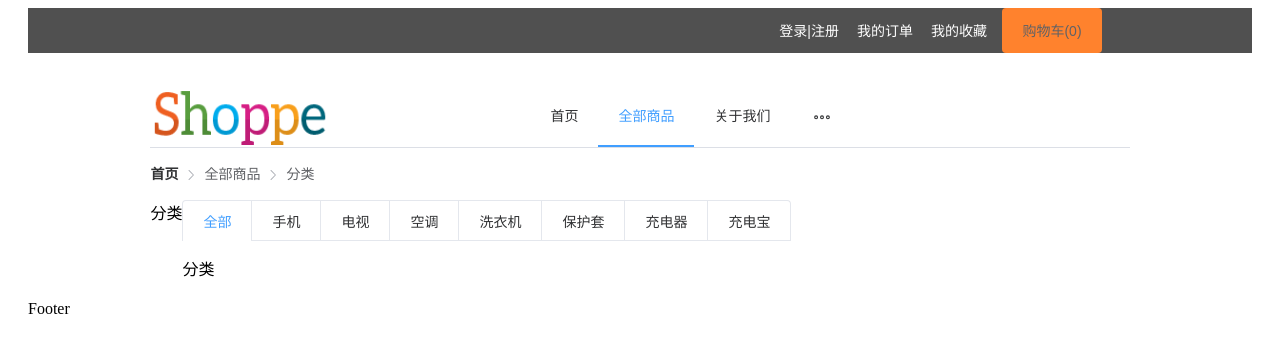
Repository: zhenghaochang/---
Page: /#/allGoods (app in xiaomi/)
The author's editor kept a copy of each file at every save. The page is drawn from the files as they stood at one save, then again after the next save.
The browser window is 1280 px wide. The pictures show the whole page.
The project was rebuilt for these pictures with package versions that can differ from the ones it lists, and the page was loaded fresh each time. Also part of the build but not shown: xiaomi/vite.config.js.

Above is the page before, as saved 2025-08-01 15:19:47.

### xiaomi/src/main.js
import { createApp } from 'vue';
import ElementPlus from 'element-plus';
import 'element-plus/dist/index.css';
import router from './router/router';
import App from './App.vue';
import * as ElementPlusIconsVue from '@element-plus/icons-vue';
import { createPinia } from 'pinia';
import piniaPluginPersistedstate from 'pinia-plugin-persistedstate'
const app = createApp(App);
const pinia = createPinia();
pinia.use(piniaPluginPersistedstate)
app.use(pinia);
for (const [key, component] of Object.entries(ElementPlusIconsVue)) {
    app.component(key, component);
}
app.use(router);
app.use(ElementPlus);
app.mount('#app');

### xiaomi/src/router/router.js
import {createRouter,createWebHashHistory} from 'vue-router'

let router = createRouter({
    history:createWebHashHistory(),
    routes:[
        {
            path:"/",
            component:()=>import('../components/main.vue'),
            redirect:"/home",
            children:[
                {
                    path:"/home",
                    component:() => import('../view/home.vue')
                },
                {
                    path:"/allGoods",
                    component:() => import('../view/allGoods.vue')
                }
            ]
        }
    ]
})

export default router

### xiaomi/src/App.vue
<script setup>
import Menu from '../src/components/menu.vue'


</script>

<template>
    <div>
        <el-container>
            <el-header class="header"><Menu></Menu></el-header>
            <el-main class="main"><router-view></router-view></el-main>
            <el-footer>Footer</el-footer>
        </el-container>
    </div>
</template>

<style scoped>
.header{
/*     background-color: blue; */
    width:100%
}
/* .main{
    background-color: blue;
    width: 100%;
    display:flex;
    flex-direction: column;
    justify-content: center;
} */
</style>

### xiaomi/src/components/main.vue
<script setup>
import logo from '../assets/img/logo.png'
import { Search } from '@element-plus/icons-vue'
import {useRoute,useRouter} from 'vue-router'

const router = useRouter()
const route = useRoute()

</script>

<template>
    <div class="base_div">
        <!-- 菜单div -->
        <div style="width:80%;margin-bottom:20px">
            <el-menu
                :default-active="route.path"
                class="menu"
                mode="horizontal"
                @select="handleSelect"
                router
            >
                <div>
                    <img style="width:180px;height:60px;margin-right:200px" :src="logo" alt="">
                </div>
                <el-menu-item index="/home">首页</el-menu-item>
                <el-menu-item index="/allGoods">全部商品</el-menu-item>
                <el-menu-item index="/aboutUs">关于我们</el-menu-item>
                <div>
                    <el-input
                        v-model="input3"
                        style="margin-left:200px;width:250px"
                        placeholder="请输入商品名称"
                        class="input-with-select"
                    >
                        <template #append>
                            <el-button :icon="Search" />
                        </template>
                    </el-input>
                </div>
            </el-menu>
        </div>
        <!-- 菜单div END -->
        <!-- 主体div -->
        <div style="width:100%">
            <router-view></router-view>
        </div>
    </div>
</template>

<style scoped>
.base_div{
    width: 100%;
    display:flex;
    flex-direction: column;
    align-items:center;
}
.menu{
    display:flex;
    align-items: center;
}
</style>

### xiaomi/src/view/allGoods.vue
<script setup>
import { ArrowRight } from '@element-plus/icons-vue'
import {ref} from 'vue'


const activeName = ref('0')

</script>

<template>
    <div class="base_div">
        <!-- 面包屑 -->
        <div style="width:80%">
            <el-breadcrumb :separator-icon="ArrowRight">
                <el-breadcrumb-item :to="{ path: '/home' }">首页</el-breadcrumb-item>
                <el-breadcrumb-item>全部商品</el-breadcrumb-item>
                <el-breadcrumb-item>分类</el-breadcrumb-item>
            </el-breadcrumb>
        </div>
        <!-- 面包屑END -->
        <br>
        <!-- 分类标签 -->
        <div style="width:80%;display:flex;">
            分类
            <el-tabs
                v-model="activeName"
                type="card"
                class="demo-tabs"
                @tab-click="handleClick"
            >
                分类
                <el-tab-pane label="全部" name="0"></el-tab-pane>
                <el-tab-pane label="手机" name="1"></el-tab-pane>
                <el-tab-pane label="电视" name="2"></el-tab-pane>
                <el-tab-pane label="空调" name="3"></el-tab-pane>
                <el-tab-pane label="洗衣机" name="4"></el-tab-pane>
                <el-tab-pane label="保护套" name="5"></el-tab-pane>
                <el-tab-pane label="充电器" name="6"></el-tab-pane>
                <el-tab-pane label="充电宝" name="7"></el-tab-pane>
            </el-tabs>
        </div>
        <!-- 分类标签END -->
    </div>
</template>

<style scoped>
.base_div{
    width: 100%;
    display: flex;
    justify-content: center;
}
</style>

### xiaomi/src/components/menu.vue
<script setup>
import {ref,reactive} from 'vue'
import request from '../request/index'
import { ElMessage } from 'element-plus'
import {useUserStore} from '../store/index'


const store = useUserStore()


const loginVisible = ref(false)
const registVisible = ref(false)

const loginForm = ref({
    username:'',
    password:''
})

const registForm = ref({
    username:'',
    password:'',
    rePassword:'',
    name:''
})

const user = ref({
    id:0,
    username:'',
    name:'',
    numInCart:0,
    token:''
})

const loginFormRef = ref()
const registFormRef = ref()

const validateUsername = (rule,value,callback)=>{
    if(value.length==0){
      callback(new Error("用户名不能为空"))
    }else{
      callback()
    }
  }

  const validatePassword = (rule,value,callback)=>{
    if(value.length<4){
      callback(new Error("密码小于4位"))
    }else{
      callback()
    }
  }

  const validateRePassword = (rule,value,callback)=>{
    if(value.length<4){
      callback(new Error("密码小于4位"))
    }else{
      if(value != registForm.value.password){
        callback(new Error("密码不一致"))
      }else{
        callback()
      }
    }
  }

  const rules = {
    username:[{required:true,message:'用户名不能为空',validator:validateUsername}],
    password:[{required:true,message:'密码必须大于4位',validator:validatePassword}],
    rePassword:[{required:true,validator:validateRePassword}]
  }


async function login(){
    const valid = await loginFormRef.value.validate
    if(valid){
        let {data} = await request.post("/user/login",loginForm.value)
        if(data.code == 200){
            ElMessage.success('登录成功')
            user.value = data.data
            store.changeInfo(user.value)
            loginVisible.value = false
        }else{
            ElMessage.error(data.msg)
        }
    }
}

async function regist(){
    const valid = await registFormRef.value.validate
    if(valid){
        let {data} = await request.post("/user/regist",registForm.value)
        if(data.code == 200){
            ElMessage.success('注册成功')
            registVisible.value = false
            loginVisible.value = true
        }else{
            ElMessage.error(data.msg)
        }
    }
}

</script>

<template>
    <div class="base_div">
        <el-button color="rgb(80,80,80)" @click="loginVisible = true" v-if="store.id==0" link>登录|注册</el-button>
        <div style="display:flex;align-items:center;margin-right:10px" v-else>
            <el-button color="rgb(80,80,80)" link>欢迎{{store.name}}</el-button>
            <el-button color="rgb(80,80,80)" @click="()=>{store.logout(),ElMessage.success('已退出')}" link>退出登录</el-button>
        </div>
        <el-button color="rgb(80,80,80)" link>我的订单</el-button>
        <el-button color="rgb(80,80,80)" link>我的收藏</el-button>
        <el-button  style="background-color:rgb(255,130, 45);margin-right:150px;width:100px"  link>购物车({{store.numInCart}})</el-button>

        <!-- 登录窗口 -->
        <el-dialog v-model="loginVisible"  title="登录" width="300">
            <el-form :model="loginForm" ref="loginFormRef" :rules="rules">
                <el-form-item label="用户名" prop="username" :label-width="70">
                    <el-input v-model="loginForm.username" autocomplete="off" />
                </el-form-item>
                <el-form-item label="密码" prop="password" :label-width="70">
                    <el-input v-model="loginForm.password" autocomplete="off" type="password" show-password />
                </el-form-item>
            </el-form>
            <template #footer>
                <div style="display:flex;justify-content:space-between;align-items:center">
                    <el-button type="warning" @click="registVisible = true">注册</el-button>
                    <div>
                        <el-button @click="loginVisible = false">取消</el-button>
                        <el-button type="primary" @click="login">
                        登录
                        </el-button>
                    </div>

                </div>
            </template>
        </el-dialog>
        <!-- 登录窗口END -->
        <!-- 注册窗口 -->
        <el-dialog v-model="registVisible"  title="注册" width="350">
            <el-form :model="registForm" ref="registFormRef" :rules="rules">
                <el-form-item label="用户名" prop="username" :label-width="80">
                    <el-input v-model="registForm.username" autocomplete="off" />
                </el-form-item>
                <el-form-item label="密码" prop="password" :label-width="80">
                    <el-input v-model="registForm.password" autocomplete="off" type="password" show-password />
                </el-form-item>
                <el-form-item label="确认密码" prop="rePassword" :label-width="80">
                    <el-input v-model="registForm.rePassword" autocomplete="off" type="password" show-password />
                </el-form-item>
                <el-form-item label="姓名"  :label-width="80">
                    <el-input v-model="registForm.name" autocomplete="off"  />
                </el-form-item>
            </el-form>
            <template #footer>
                <div style="">
                    <div>
                        <el-button @click="registVisible = false">取消</el-button>
                        <el-button type="primary" @click="regist">
                        注册
                        </el-button>
                    </div>

                </div>
            </template>
        </el-dialog>
        <!-- 注册窗口END -->
    </div>
</template>

<style scoped>
.base_div{
    background-color:rgb(80,80,80);
    width:100%;
    height:45px;
    display: flex;
    justify-content:flex-end;
}
</style>

### xiaomi/src/request/index.js
import axios from 'axios'


const request = axios.create({
    baseURL:'http://localhost:8080',
    timeout:10000
})









export default request

### xiaomi/src/store/index.js
import {defineStore} from 'pinia'

const user = {
    id:0,
    username:'',
    name:'',
    numInCart:0,
    token:''
}

export const useUserStore = defineStore('userInfo',{
    state:()=>({
        id:0,
        username:'',
        name:'',
        numInCart:0,
        token:''
    }),
    getters:{},
    actions:{
        changeInfo(user){
            this.id = user.id,
            this.username = user.username,
            this.name = user.name,
            this.numInCart = user.numInCart,
            this.token = user.token
        },
        logout(){
            this.id = 0,
            this.username = '',
            this.name = '',
            this.numInCart = 0,
            this.token = ''
        }
    },
    persist: true
}
)

Loaded but not shown: xiaomi/index.html (common file)

After the next save:
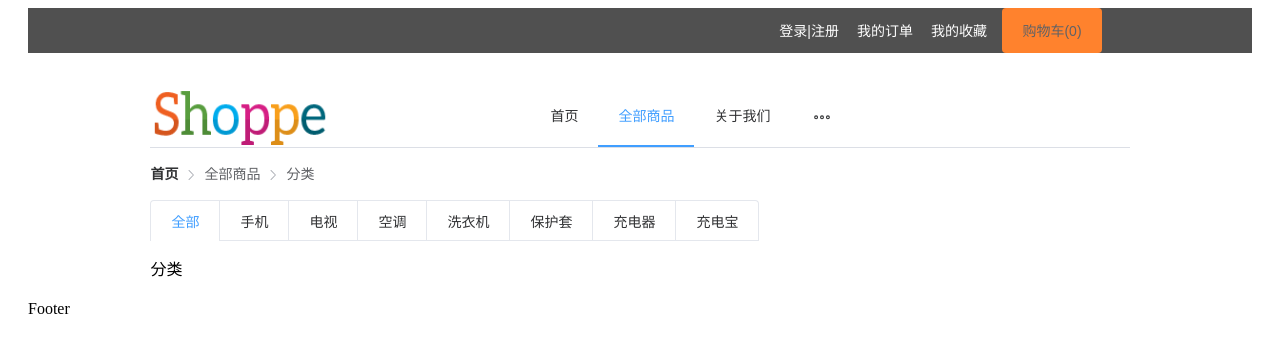
Saved 10 s later.
--- a/xiaomi/src/view/allGoods.vue
+++ b/xiaomi/src/view/allGoods.vue
@@ -21,7 +21,6 @@ const activeName = ref('0')
         <br>
         <!-- 分类标签 -->
         <div style="width:80%;display:flex;">
-            分类
             <el-tabs
                 v-model="activeName"
                 type="card"
